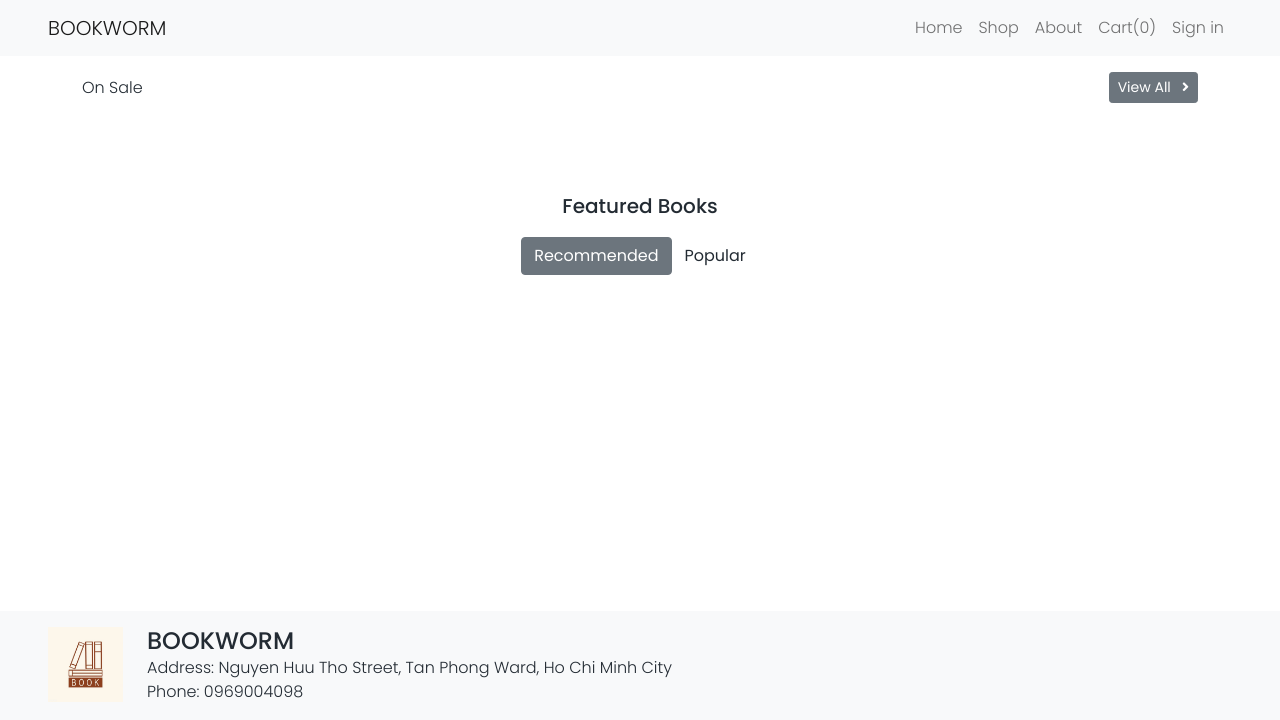
Repository: long13820/bookworm-fe
Page: /
These files come from the project's save history. The page is drawn as it stood at one moment and after the next save; the edit follows.
The browser window is 1280 px wide. The pictures show the whole page.
The page's requests for data from a server got no answer. The project was rebuilt for these pictures with package versions that can differ from the ones it lists, and the page was loaded fresh each time. No one was signed in, and anything a server would have sent is missing. Also part of the build but not shown: src/index.css, src/App.css, src/components/About/about.css, src/components/About/About.js, src/components/Cart/cart.css, src/components/Cart/Cart.js, src/components/Product/Product.js, src/components/Shop/Shop.js.

Above is the page before, as saved 2022-07-01 00:57:07.

After the next save:
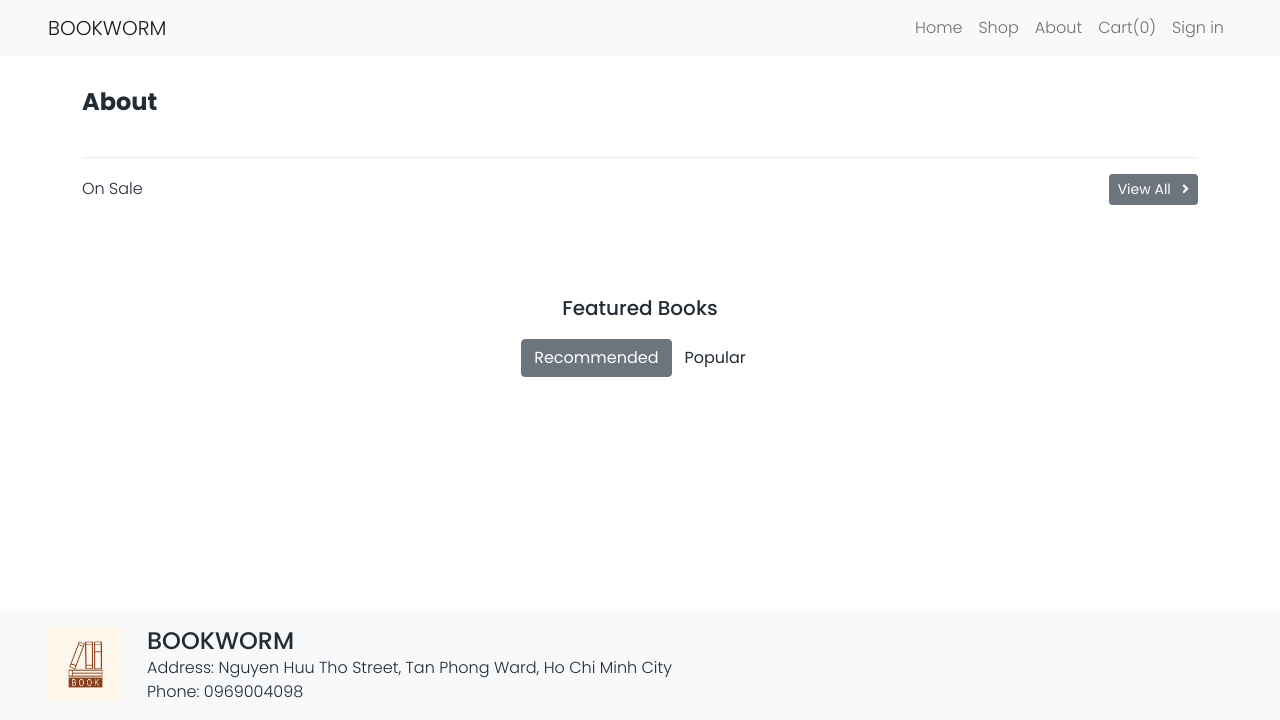
Saved 2 min 41 s later.
--- a/src/App.js
+++ b/src/App.js
@@ -25,7 +25,7 @@
       <div className='d-flex flex-column m-height-100'>
         <Header/>
 
-        {/* <Title title="About"/> */}
+        <Title title="About"/>
         {pathname === '/about' ? <Title title={objectPath[pathname]}/> : ''}
         <Routes>
           <Route path='/' element={<Home />}/>

After the save that followed:
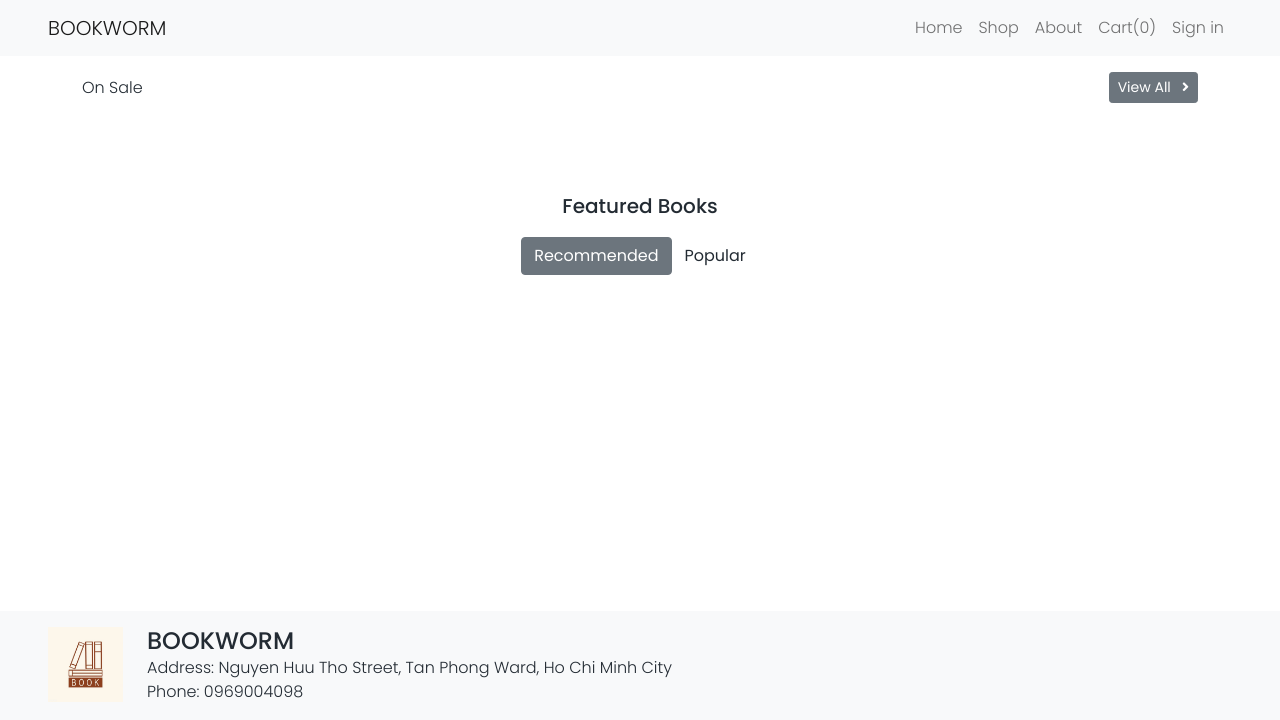
Saved 15 s later.
--- a/src/App.js
+++ b/src/App.js
@@ -25,7 +25,7 @@
       <div className='d-flex flex-column m-height-100'>
         <Header/>
 
-        <Title title="About"/>
+        {/* <Title title="About"/> */}
         {pathname === '/about' ? <Title title={objectPath[pathname]}/> : ''}
         <Routes>
           <Route path='/' element={<Home />}/>
